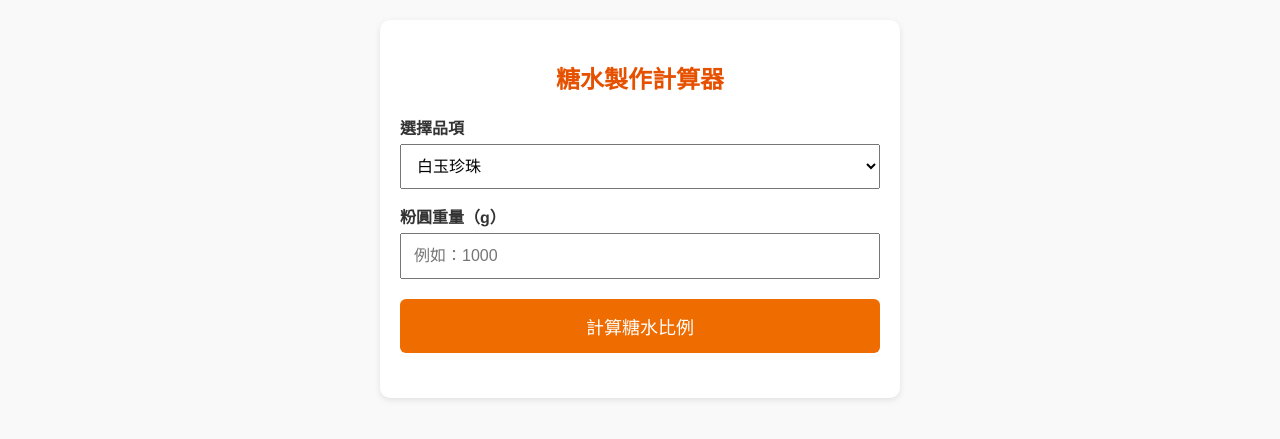
Repository: liying1106/tea-calculator
Page: 配料.html
An editor plug-in stored every save of this project. The page is shown before and after the next save, followed by the edit.
The browser window is 1280 px wide. The pictures show the whole page.

Above is the page before, as saved 2025-07-16 11:13:46.

After the next save:
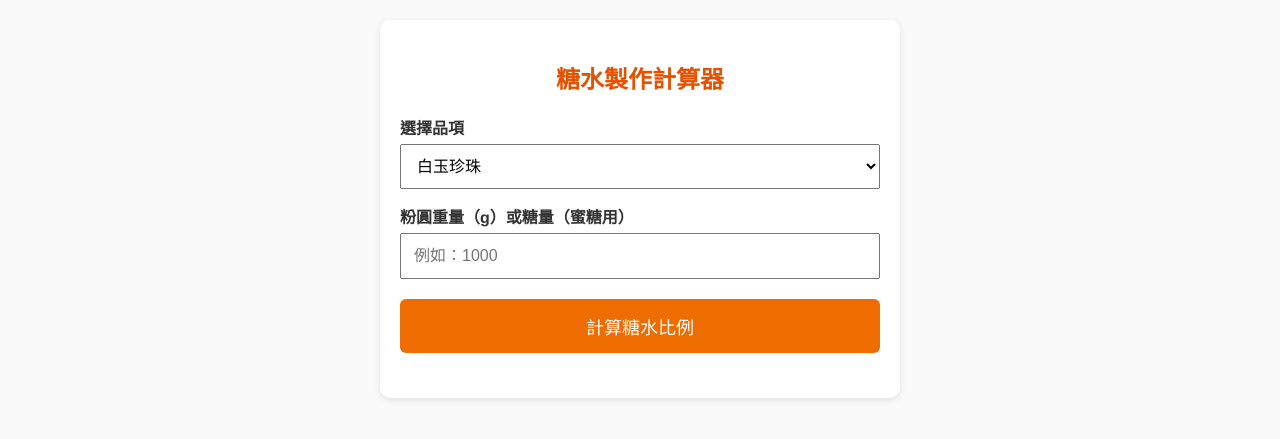
Saved 97 s later.
--- a/配料.html
+++ b/配料.html
@@ -82,7 +82,7 @@
       <option value="蜜糖">蜜糖</option>
     </select>
 
-    <label>粉圓重量（g）</label>
+    <label>粉圓重量（g）或糖量（蜜糖用）</label>
     <input type="number" id="weight" placeholder="例如：1000" min="1">
 
     <button onclick="calculateSugar()">計算糖水比例</button>
@@ -131,14 +131,19 @@
       }
 
       if (type === "蜜糖") {
-        // 顯示固定蜜糖比例資訊
+        const sugar = weight;
+        const water = sugar / 2;
+        const honey = sugar / 10;
+
         document.getElementById("result").innerHTML = `
           <hr>
-          <div class="row"><span class="icon">🍬</span> 白砂糖：<strong>1000 克</strong></div>
-          <div class="row"><span class="icon">💧</span> 熱水：<strong>500 cc</strong></div>
-          <div class="row"><span class="icon">🍯</span> 蜂蜜：<strong>100 克</strong></div>
-          <div class="note">📌 白砂糖 : 熱水 = <strong>2 : 1</strong>，再加入蜂蜜調和<br>
-          可依實際需求按比例增減</div>
+          <div class="row"><span class="icon">🍬</span> 白砂糖：<strong>${sugar.toFixed(1)} 克</strong></div>
+          <div class="row"><span class="icon">💧</span> 熱水：<strong>${water.toFixed(1)} cc</strong></div>
+          <div class="row"><span class="icon">🍯</span> 蜂蜜：<strong>${honey.toFixed(1)} 克</strong></div>
+          <div class="note">
+            📌 蜜糖建議比例為 白砂糖 : 熱水 = <strong>2 : 1</strong>，並加入蜂蜜約糖重的 10%<br>
+            可依需求自由調整濃度與甜度。
+          </div>
         `;
         return;
       }
